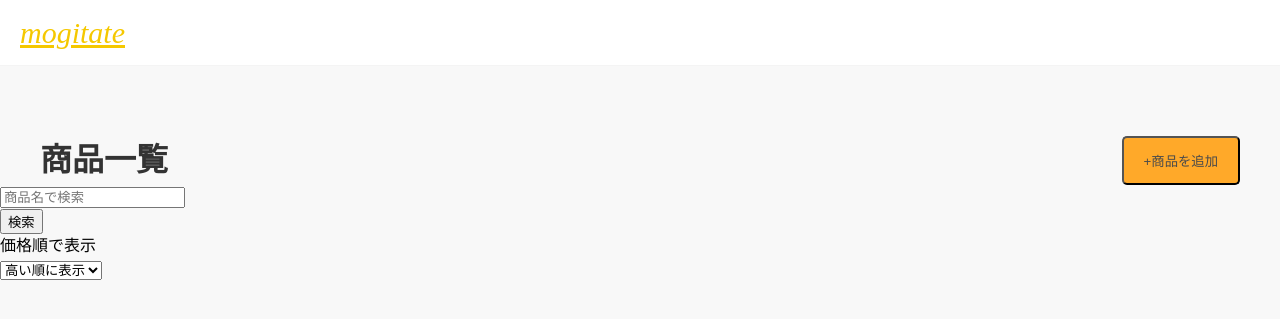
Repository: SuzukiFuminori/test-fruit
Page: http://localhost/products
These files come from the project's save history. The page is drawn as it stood at one moment and after a run of saves; the edit follows.
The browser window is 1280 px wide. The pictures show the whole page.
The page is served by the project's Laravel application, run on PHP 8.4 with Laravel 8. Other server files are loaded and not shown. Queries for data that is not in the repository find no rows.

Above is the page before, as saved 2024-12-30 04:52:53.

### src/routes/web.php
<?php

use Illuminate\Support\Facades\Route;
use App\Http\Controllers\ProductController;

/*
|--------------------------------------------------------------------------
| Web Routes
|--------------------------------------------------------------------------
|
| Here is where you can register web routes for your application. These
| routes are loaded by the RouteServiceProvider within a group which
| contains the "web" middleware group. Now create something great!
|
*/

Route::get('/products', [ProductController::class, 'index']);
Route::get('/products/register', [ProductController::class, 'add']);

### src/app/Http/Controllers/ProductController.php
<?php

namespace App\Http\Controllers;
use App\Models\Product;
use Illuminate\Http\Request;

class ProductController extends Controller
{
    // 商品一覧ページの表示
    public function index()
    {
        $products = Product::all();
        return view('index', ['products' => $products]);
    }

    // 商品登録ページの表示
    public function add()
    {
        return view('add');
    }
}

### src/resources/views/index.blade.php
@extends('layouts.default')

@section('title', '商品一覧')

@section('css')
<link rel="stylesheet" href="{{ asset('css/index.css') }}">
@endsection

@section('content')
  <div class="content">
    <div class="content__inner">
      <div class="content-heading">
        <div class="content-heading__title">
          @yield('title')
        </div>
        <div class="content-heading__button">
          <button class="content-heading__button-submit" type="submit">+商品を追加</button>
        </div>
      </div>
      <div class="content-container">
        <div class="search-wrapper">
          <div class="search__input">
            <input type="search" name="name" placeholder="商品名で検索">
          </div>
          <div class="search__button">
            <button class="search__button-submit" >検索</button>
          </div>
          <div class="sort">
            <div class="sort__content">価格順で表示</div>
            <div class="sort__select">
              <select name="select" placeholder="価格で並べ替え">
                <option value="">高い順に表示</option>
                <option value="">低い順に表示</option>
              </select>
            </div>
          </div>
        </div>
      </div>
    </div>
  </div>
@endsection

### src/resources/views/layouts/default.blade.php
<!DOCTYPE html>
<html lang="ja">

<head>
  <meta charset="UTF-8">
  <meta name="viewport" content="width=device-width, initial-scale=1.0">
  <title>@yield('title')</title>
  <link rel="stylesheet" href="{{ asset('css/sanitize.css') }}">
  <link rel="stylesheet" href="{{ asset('css/common.css') }}">
  @yield('css')
</head>

<body>
  <header class="header">
    <div class="header__inner">
      <a class="header__logo" href="/">
        mogitate
      </a>
    </div>
  </header>
  <main>
    @yield('content')
  </main>
</body>

</html>

### src/public/css/sanitize.css
/* Document
* ========================================================================== */

/**
* Add border box sizing in all browsers (opinionated).
*/

*,
::before,
::after {
  box-sizing: border-box;
}

/**
* 1. Add text decoration inheritance in all browsers (opinionated).
* 2. Add vertical alignment inheritance in all browsers (opinionated).
*/

::before,
::after {
  vertical-align: inherit;
  /* 2 */
  text-decoration: inherit;
  /* 1 */
}

/**
* 1. Use the default cursor in all browsers (opinionated).
* 2. Change the line height in all browsers (opinionated).
* 3. Use a 4-space tab width in all browsers (opinionated).
* 4. Remove the grey highlight on links in iOS (opinionated).
* 5. Prevent adjustments of font size after orientation changes in
*    IE on Windows Phone and in iOS.
* 6. Breaks words to prevent overflow in all browsers (opinionated).
*/

html {
  word-break: break-word;
  /* 6 */
  -moz-tab-size: 4;
  /* 3 */
  tab-size: 4;
  /* 3 */
  line-height: 1.5;
  /* 2 */
  cursor: default;
  /* 1 */

  -webkit-tap-highlight-color: transparent
    /* 4 */
  ;
  -ms-text-size-adjust: 100%;
  /* 5 */
  -webkit-text-size-adjust: 100%;
  /* 5 */
}

/* Sections
* ========================================================================== */

/**
* Remove the margin in all browsers (opinionated).
*/

body {
  margin: 0;
}

/**
* Correct the font size and margin on `h1` elements within `section` and
* `article` contexts in Chrome, Edge, Firefox, and Safari.
*/

h1 {
  margin: 0.67em 0;
  font-size: 2em;
}

/* Grouping content
* ========================================================================== */

/**
* Remove the margin on nested lists in Chrome, Edge, IE, and Safari.
*/

dl dl,
dl ol,
dl ul,
ol dl,
ul dl {
  margin: 0;
}

/**
* Remove the margin on nested lists in Edge 18- and IE.
*/

ol ol,
ol ul,
ul ol,
ul ul {
  margin: 0;
}

/**
* 1. Add the correct sizing in Firefox.
* 2. Show the overflow in Edge 18- and IE.
*/

hr {
  overflow: visible;
  /* 2 */
  height: 0;
  /* 1 */
}

/**
* Add the correct display in IE.
*/

main {
  display: block;
}

/**
* Remove the list style on navigation lists in all browsers (opinionated).
*/

nav ol,
nav ul {
  padding: 0;
  list-style: none;
}

/**
* 1. Correct the inheritance and scaling of font size in all browsers.
* 2. Correct the odd `em` font sizing in all browsers.
*/

pre {
  font-size: 1em;
  /* 2 */
  font-family: monospace, monospace;
  /* 1 */
}

/* Text-level semantics
* ========================================================================== */

/**
* Remove the gray background on active links in IE 10.
*/

a {
  background-color: transparent;
}

/**
* Add the correct text decoration in Edge 18-, IE, and Safari.
*/

abbr[title] {
  text-decoration: underline;
  text-decoration: underline dotted;
}

/**
* Add the correct font weight in Chrome, Edge, and Safari.
*/

b,
strong {
  font-weight: bolder;
}

/**
* 1. Correct the inheritance and scaling of font size in all browsers.
* 2. Correct the odd `em` font sizing in all browsers.
*/

code,
kbd,
samp {
  font-size: 1em;
  /* 2 */
  font-family: monospace, monospace;
  /* 1 */
}

/**
* Add the correct font size in all browsers.
*/

small {
  font-size: 80%;
}

/* Embedded content
* ========================================================================== */

/*
* Change the alignment on media elements in all browsers (opinionated).
*/

audio,
canvas,
iframe,
img,
svg,
video {
  vertical-align: middle;
}

/**
* Add the correct display in IE 9-.
*/

audio,
video {
  display: inline-block;
}

/**
* Add the correct display in iOS 4-7.
*/

audio:not([controls]) {
  display: none;
  height: 0;
}

/**
* Remove the border on iframes in all browsers (opinionated).
*/

iframe {
  border-style: none;
}

/**
* Remove the border on images within links in IE 10-.
*/

img {
  border-style: none;
}

/**
* Change the fill color to match the text color in all browsers (opinionated).
*/

svg:not([fill]) {
  fill: currentColor;
}

/**
* Hide the overflow in IE.
*/

svg:not(:root) {
  overflow: hidden;
}

/* Tabular data
* ========================================================================== */

/**
* Collapse border spacing in all browsers (opinionated).
*/

table {
  border-collapse: collapse;
}

/* Forms
* ========================================================================== */

/**
* Remove the margin on controls in Safari.
*/

button,
input,
select {
  margin: 0;
}

/**
* 1. Show the overflow in IE.
* 2. Remove the inheritance of text transform in Edge 18-, Firefox, and IE.
*/

button {
  overflow: visible;
  /* 1 */
  text-transform: none;
  /* 2 */
}

/**
* Correct the inability to style buttons in iOS and Safari.
*/

button,
[type="button"],
[type="reset"],
[type="submit"] {
  -webkit-appearance: button;
}

/**
* 1. Change the inconsistent appearance in all browsers (opinionated).
* 2. Correct the padding in Firefox.
*/

fieldset {
  padding: 0.35em 0.75em 0.625em;
  /* 2 */
  border: 1px solid #a0a0a0;
  /* 1 */
}

/**
* Show the overflow in Edge 18- and IE.
*/

input {
  overflow: visible;
}

/**
* 1. Correct the text wrapping in Edge 18- and IE.
* 2. Correct the color inheritance from `fieldset` elements in IE.
*/

legend {
  display: table;
  /* 1 */
  max-width: 100%;
  /* 1 */
  color: inherit;
  /* 2 */
  white-space: normal;
  /* 1 */
}

/**
* 1. Add the correct display in Edge 18- and IE.
* 2. Add the correct vertical alignment in Chrome, Edge, and Firefox.
*/

progress {
  display: inline-block;
  /* 1 */
  vertical-align: baseline;
  /* 2 */
}

/**
* Remove the inheritance of text transform in Firefox.
*/

select {
  text-transform: none;
}

/**
* 1. Remove the margin in Firefox and Safari.
* 2. Remove the default vertical scrollbar in IE.
* 3. Change the resize direction in all browsers (opinionated).
*/

textarea {
  overflow: auto;
  /* 2 */
  margin: 0;
  /* 1 */
  resize: vertical;
  /* 3 */
}

/**
* Remove the padding in IE 10-.
*/

[type="checkbox"],
[type="radio"] {
  padding: 0;
}

/**
* 1. Correct the odd appearance in Chrome, Edge, and Safari.
* 2. Correct the outline style in Safari.
*/

[type="search"] {
  outline-offset: -2px;
  /* 2 */

  -webkit-appearance: textfield;
  /* 1 */
}

/**
* Correct the cursor style of increment and decrement buttons in Safari.
*/

::-webkit-inner-spin-button,
::-webkit-outer-spin-button {
  height: auto;
}

/**
* Correct the text style of placeholders in Chrome, Edge, and Safari.
*/

::-webkit-input-placeholder {
  color: inherit;
  opacity: 0.54;
}

/**
* Remove the inner padding in Chrome, Edge, and Safari on macOS.
*/

::-webkit-search-decoration {
  -webkit-appearance: none;
}

/**
* 1. Correct the inability to style upload buttons in iOS and Safari.
* 2. Change font properties to `inherit` in Safari.
*/

::-webkit-file-upload-button {
  font: inherit;
  /* 2 */

  -webkit-appearance: button;
  /* 1 */
}

/**
* Remove the inner border and padding of focus outlines in Firefox.
*/

::-moz-focus-inner {
  padding: 0;
  border-style: none;
}

/**
* Restore the focus outline styles unset by the previous rule in Firefox.
*/

:-moz-focusring {
  outline: 1px dotted ButtonText;
}

/**
* Remove the additional :invalid styles in Firefox.
*/

:-moz-ui-invalid {
  box-shadow: none;
}

/* Interactive
* ========================================================================== */

/*
* Add the correct display in Edge 18- and IE.
*/

details {
  display: block;
}

/*
* Add the correct styles in Edge 18-, IE, and Safari.
*/

dialog {
  position: absolute;
  right: 0;
  left: 0;
  display: block;
  margin: auto;
  padding: 1em;
  width: -moz-fit-content;
  width: -webkit-fit-content;
  width: fit-content;
  height: -moz-fit-content;
  height: -webkit-fit-content;
  height: fit-content;
  border: solid;
  background-color: white;
  color: black;
}

dialog:not([open]) {
  display: none;
}

/*
* Add the correct display in all browsers.
*/

summary {
  display: list-item;
}

/* Scripting
* ========================================================================== */

/**
* Add the correct display in IE 9-.
*/

canvas {
  display: inline-block;
}

/**
* Add the correct display in IE.
*/

template {
  display: none;
}

/* User interaction
* ========================================================================== */

/*
* 1. Remove the tapping delay in IE 10.
* 2. Remove the tapping delay on clickable elements
in all browsers (opinionated).
*/

a,
area,
button,
input,
label,
select,
summary,
textarea,
[tabindex] {
  -ms-touch-action: manipulation;
  /* 1 */
  touch-action: manipulation;
  /* 2 */
}

/**
* Add the correct display in IE 10-.
*/

[hidden] {
  display: none;
}

/* Accessibility
* ========================================================================== */

/**
* Change the cursor on busy elements in all browsers (opinionated).
*/

[aria-busy="true"] {
  cursor: progress;
}

/*
* Change the cursor on control elements in all browsers (opinionated).
*/

[aria-controls] {
  cursor: pointer;
}

/*
* Change the cursor on disabled, not-editable, or otherwise
* inoperable elements in all browsers (opinionated).
*/

[aria-disabled="true"],
[disabled] {
  cursor: not-allowed;
}

/*
* Change the display on visually hidden accessible elements
* in all browsers (opinionated).
*/

[aria-hidden="false"][hidden] {
  display: initial;
}

[aria-hidden="false"][hidden]:not(:focus) {
  position: absolute;
  clip: rect(0, 0, 0, 0);
}

### src/public/css/common.css
.header {
  background: white;
}

.header__inner {
  margin: 0 auto;
  padding: 10px 20px;
  border-bottom: solid 1px #f4f4f4;
}

.header__logo {
  font-family: jsMath-cmti10;
  font-size: 30px;
  color: #F5C800;
  font-weight: 500;
  font-style: italic;
}

### src/public/css/index.css
.content {
  background: #f8f8f8;
}

.content__inner {
  margin: 0 auto;
  padding: 70px 0;
}

.content-heading {
  display: flex;
  justify-content: space-between;
  margin: 0 auto;
  padding: 0 40px 0;
}

.content-heading__title {
  font-family: "Hiragino Kaku Gothic Pro";
  font-size: 32px;
  color: #333333;
  font-weight: 600;
}

.content-heading__button-submit {
  padding: 13px 20px;
  background:#ffa929;
  color: #4B4B4B;
  border-radius: 5px;
}

.content-container {
  display: flex;
  jus
  padding: 0 40px 0;
}

Loaded but not shown: src/app/Http/Controllers/Controller.php (common file); src/app/Models/Product.php (common file)

After the next 2 saves:
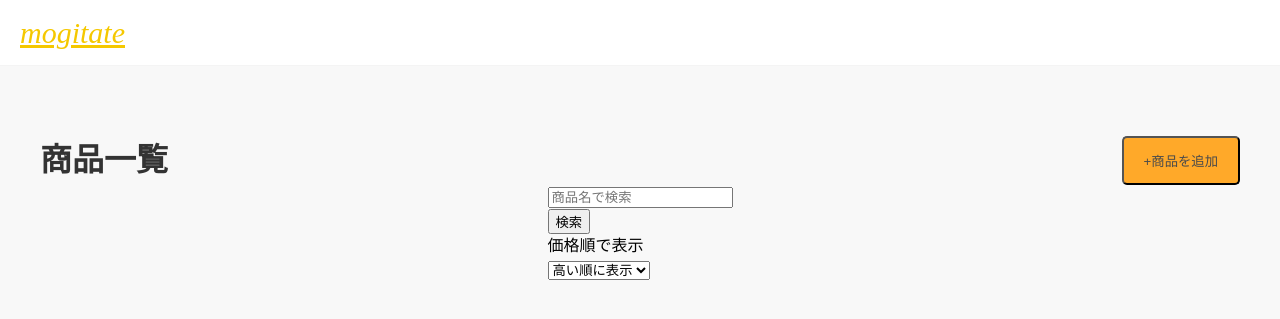
The 2 saves are shown as one change because they came seconds apart.
The last was saved 8 s later.
--- a/src/public/css/index.css
+++ b/src/public/css/index.css
@@ -30,6 +30,6 @@
 
 .content-container {
   display: flex;
-  jus
+  justify-content: center;
   padding: 0 40px 0;
 }
